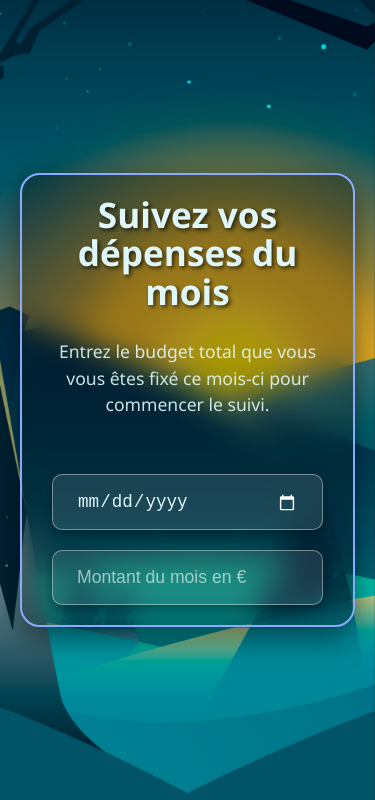
Repository: Alexandre74739/depense-react
Page: /
These files come from the project's save history. The page is drawn as it stood at one moment and after the next save; the edit follows.
The browser window is 375 px wide. The pictures show the whole page.
Backgrounds fixed to the window are drawn as part of the page. The project was rebuilt for these pictures with package versions that can differ from the ones it lists, and the page was loaded fresh each time. Also part of the build but not shown: vite.config.js.

Above is the page before, as saved 2025-11-21 19:43:14.

After the next save:
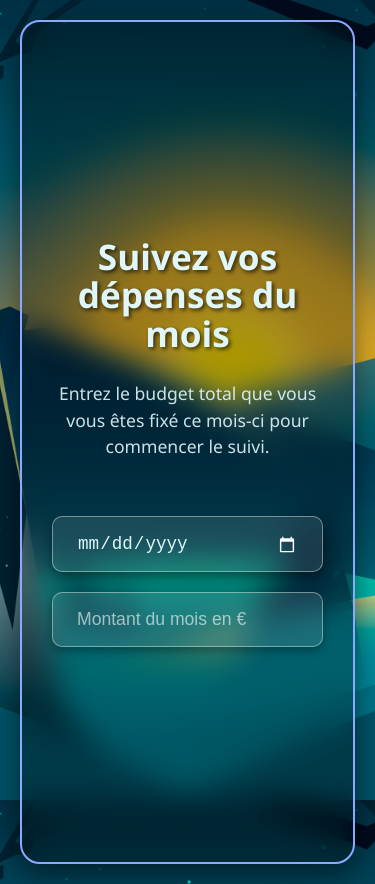
Saved 47 s later.
--- a/src/App.css
+++ b/src/App.css
@@ -50,8 +50,7 @@
 @media (max-width: 600px) {
   .container {
     padding: 20px 30px;
-    /* Supprimer le centrage vertical sur mobile pour un meilleur défilement */
-    min-height: auto;
+
     margin: 20px; /* Ajouter un peu de marge autour sur petit écran */
   }
 

After the save that followed:
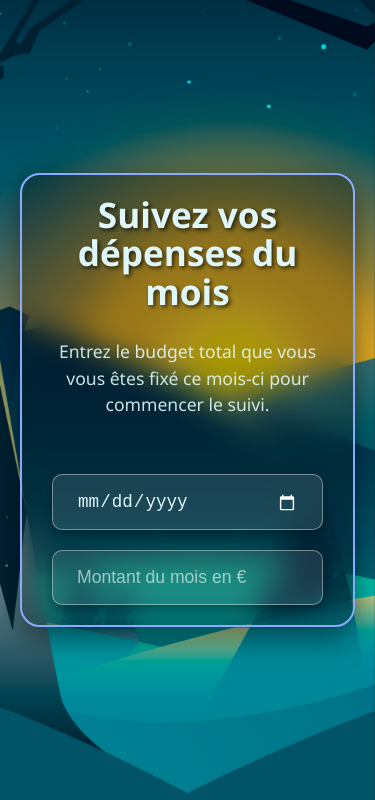
Saved 4 s later.
--- a/src/App.css
+++ b/src/App.css
@@ -50,7 +50,8 @@
 @media (max-width: 600px) {
   .container {
     padding: 20px 30px;
-
+    /* Supprimer le centrage vertical sur mobile pour un meilleur défilement */
+    min-height: auto;
     margin: 20px; /* Ajouter un peu de marge autour sur petit écran */
   }
 
